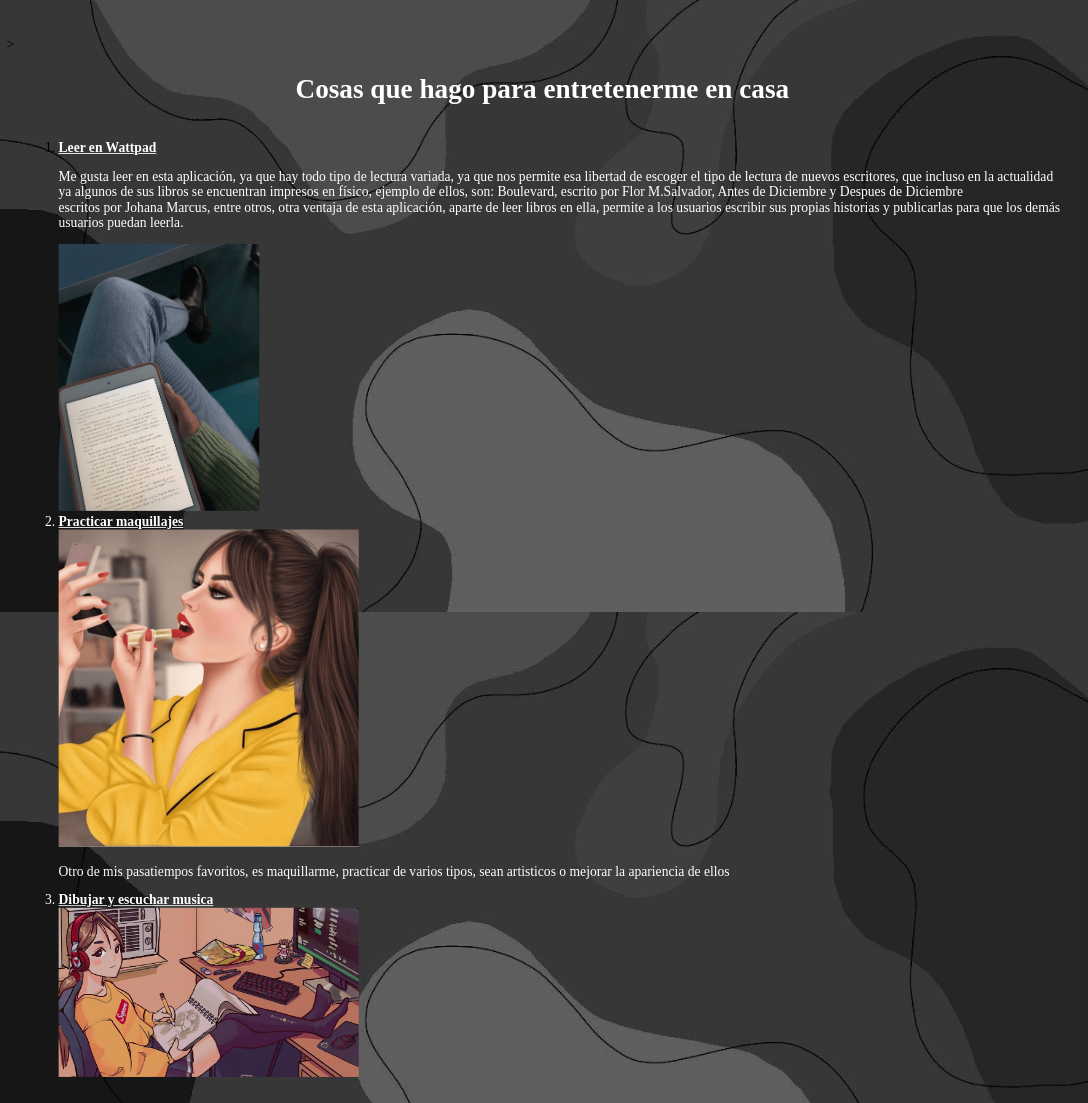
Repository: darlyn-saravia27/portafolio-darlynsaravia
Page: archivoshtml/entretenimiento.html
An editor plug-in stored every save of this project. The page is shown before and after the next save, followed by the edit.
The browser window is 1280 px wide. The pictures show the whole page, at 85% of full size.

Above is the page before, as saved 2023-03-05 04:14:55.

After the next save:
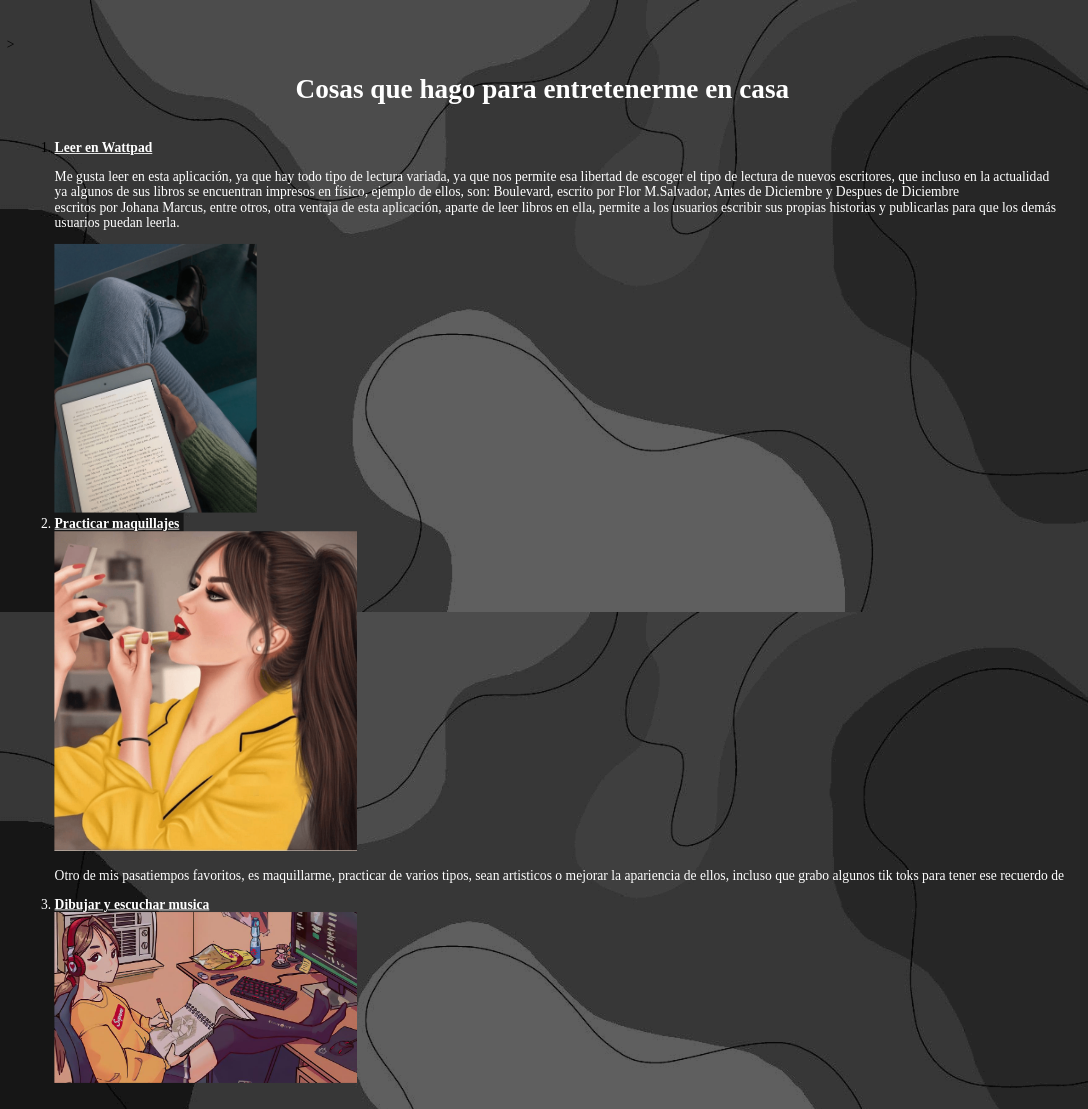
Saved 46 s later.
--- a/archivoshtml/entretenimiento.html
+++ b/archivoshtml/entretenimiento.html
@@ -27,7 +27,7 @@
                 <li type="1"><font color="white"><strong><u>Practicar maquillajes</strong></font></u></li>
                     <img src="art.png" width="30%" height="30%">
                     <p>Otro de mis pasatiempos favoritos, es maquillarme, practicar de varios tipos, sean artisticos o mejorar la apariencia
-                    de ellos
+                    de ellos, incluso que grabo algunos tik toks para tener ese recuerdo de
                     </p>
                 <li type="1"><strong><font color="white"><u>Dibujar y escuchar musica<u></font></strong></li>
                     <img src="dibujo.png" width="30%" height="30%">
